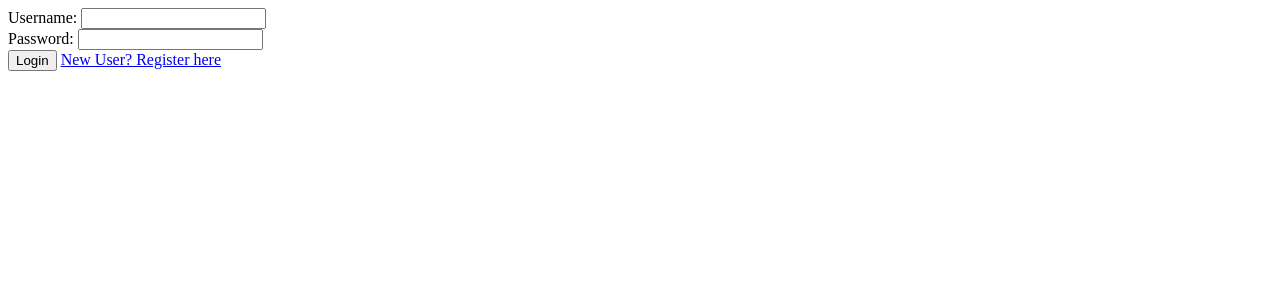
Repository: MohamedUmar083/Project_2
Page: http://localhost/Railway_Crossing_Status/login.jsp
The author's editor kept a copy of each file at every save. The page is drawn from the files as they stood at one save, then again after the next save.
The browser window is 1280 px wide. The pictures show the whole page.
The page is served by Tomcat 10.

Above is the page before, as saved 2023-12-22 19:02:27.

After the next save:
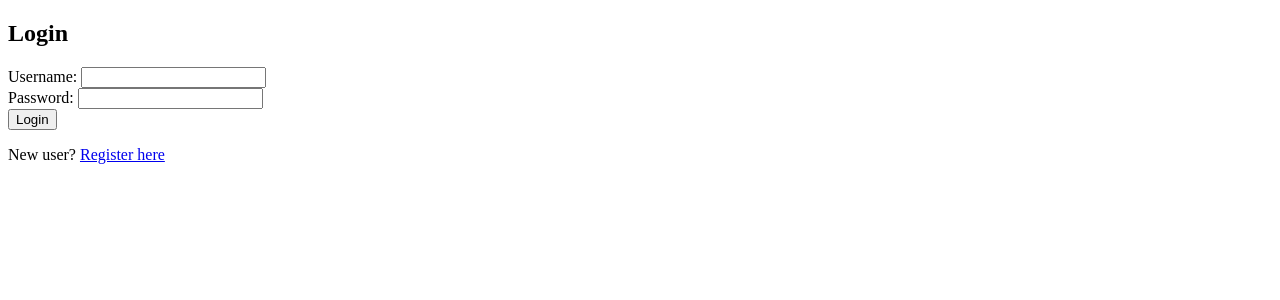
Saved 11 min 36 s later.
--- a/Railway Crossing Status/src/main/webapp/login.jsp
+++ b/Railway Crossing Status/src/main/webapp/login.jsp
@@ -1,11 +1,12 @@
-<%@ page language="java" contentType="text/html; charset=UTF-8"
-    pageEncoding="UTF-8"%>
+<%@ page language="java" contentType="text/html; charset=UTF-8" pageEncoding="UTF-8"%>
 <!DOCTYPE html>
 <html>
 <head>
     <title>Login</title>
 </head>
 <body>
+    <h2>Login</h2>
+
     <form action="login" method="post">
         <label for="username">Username:</label>
         <input type="text" id="username" name="username" required><br>
@@ -14,8 +15,9 @@
         <input type="password" id="password" name="password" required><br>
 
         <input type="submit" value="Login">
-         <a href="register.jsp">New User? Register here</a>
     </form>
+
+    <p>New user? <a href="register.jsp">Register here</a></p>
 
     <% String errorMessage = (String)request.getAttribute("errorMessage");
        if(errorMessage != null) { %>
